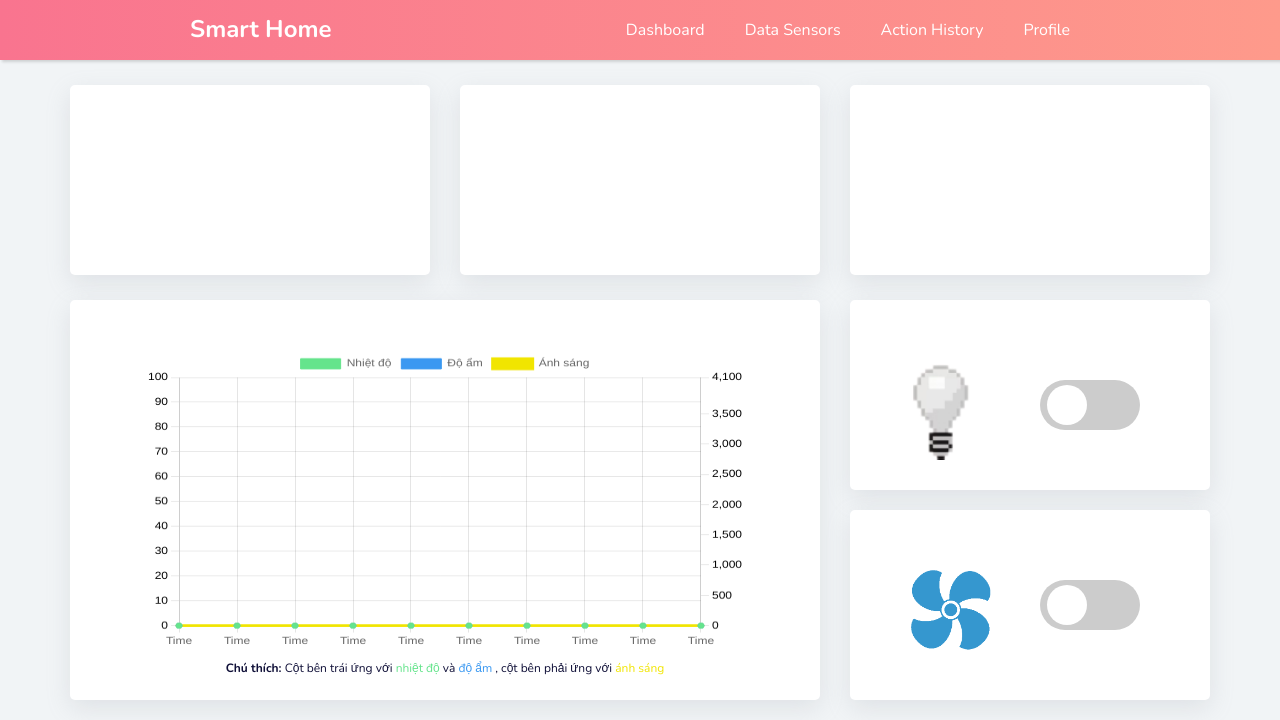
Repository: nhnhunnn/SmartHome
Page: index.html
These files come from the project's save history. The page is drawn as it stood at one moment and after the next save; the edit follows.
The browser window is 1280 px wide. The pictures show the whole page.
The page's requests for data from a server got no answer.

Above is the page before, as saved 2024-06-03 23:34:19.
Console error: TypeError: Cannot read properties of null (reading 'addEventListener')

### index.html
<!DOCTYPE html>
<html lang="en">

<head>
  <meta charset="UTF-8" />
  <meta name="viewport" content="width=device-width, initial-scale=1.0" />
  <title>Nguyễn Hồng Nhung - B20DCPT150</title>
  <link rel="stylesheet" href="https://cdnjs.cloudflare.com/ajax/libs/normalize/8.0.1/normalize.min.css"
    integrity="sha512-NhSC1YmyruXifcj/KFRWoC561YpHpc5Jtzgvbuzx5VozKpWvQ+4nXhPdFgmx8xqexRcpAglTj9sIBWINXa8x5w=="
    crossorigin="anonymous" referrerpolicy="no-referrer" />
  <link rel="stylesheet" href="./assets/css/base.css" />
  <link rel="stylesheet" href="./assets/css/style.css" />
  <link rel="stylesheet" href="https://cdnjs.cloudflare.com/ajax/libs/font-awesome/6.5.1/css/all.min.css"
    integrity="sha512-DTOQO9RWCH3ppGqcWaEA1BIZOC6xxalwEsw9c2QQeAIftl+Vegovlnee1c9QX4TctnWMn13TZye+giMm8e2LwA=="
    crossorigin="anonymous" referrerpolicy="no-referrer" />
</head>

<body>
  <div class="header">
    <div class="overview">
      <a href="" class="home">
        <h3>Smart Home</h3>
      </a>
    </div>
    <div class="menuList">
      <ul class="menuListItem">
        <li>
          <a id="dashboard" href="index.html">Dashboard</a>
        </li>
        <li>
          <a id="data" href="datasensors.html">Data Sensors</a>
        </li>
        <li>
          <a id="action" href="actionhistory.html">Action History</a>
        </li>
        <li>
          <a id="profile" href="profile.html">Profile</a>
        </li>
      </ul>
    </div>
  </div>
  <!-- Dashboard -->
  <div class="hidden tabContent" id="wrapper">
    <div class="envir">
      <div class="envirItem">
        <div class="envirTitle">
          <svg xmlns="http://www.w3.org/2000/svg" width="50" height="50" viewBox="0 0 24 24" fill="none" stroke="#FFFF"
            stroke-width="1.5" stroke-linecap="round" stroke-linejoin="round" class="lucide lucide-thermometer">
            <path d="M14 4v10.54a4 4 0 1 1-4 0V4a2 2 0 0 1 4 0Z" />
          </svg>
          <span>Nhiệt độ</span>
        </div>
        <p class="envirTemp">26°C</p>
      </div>
      <div class="envirItem1">
        <div class="envirTitle">
          <svg xmlns="http://www.w3.org/2000/svg" width="50" height="50" viewBox="0 0 24 24" fill="none"
            stroke="#ffffff" stroke-width="1.5" stroke-linecap="round" stroke-linejoin="round"
            class="lucide lucide-droplets">
            <path
              d="M7 16.3c2.2 0 4-1.83 4-4.05 0-1.16-.57-2.26-1.71-3.19S7.29 6.75 7 5.3c-.29 1.45-1.14 2.84-2.29 3.76S3 11.1 3 12.25c0 2.22 1.8 4.05 4 4.05z" />
            <path d="M12.56 6.6A10.97 10.97 0 0 0 14 3.02c.5 2.5 2 4.9 4 6.5s3 3.5 3 5.5a6.98 6.98 0 0 1-11.91 4.97" />
          </svg>
          <span>Độ ẩm</span>
        </div>
        <p class="envirHum">50%</p>
      </div>
      <div class="envirItem2">
        <div class="envirTitle">
          <svg xmlns="http://www.w3.org/2000/svg" width="50" height="50" viewBox="0 0 24 24" fill="none"
            stroke="#ffffff" stroke-width="1.5" stroke-linecap="round" stroke-linejoin="round"
            class="lucide lucide-sun">
            <circle cx="12" cy="12" r="4" />
            <path d="M12 2v2" />
            <path d="M12 20v2" />
            <path d="m4.93 4.93 1.41 1.41" />
            <path d="m17.66 17.66 1.41 1.41" />
            <path d="M2 12h2" />
            <path d="M20 12h2" />
            <path d="m6.34 17.66-1.41 1.41" />
            <path d="m19.07 4.93-1.41 1.41" />
          </svg>
          <span>Ánh sáng</span>
        </div>
        <p class="envirLux">120 lux</p>
      </div>
    </div>
    <div class="feature">
      <div class="chartFeature featureItem">
        <canvas id="myChart" style="width: 600px; height: 350px; margin: auto; padding-top: 50px"></canvas>
        <p>
          <b>Chú thích:</b> Cột bên trái ứng với
          <span style="color: #65e48c">nhiệt độ</span> và
          <span style="color: #3a98f1">độ ẩm</span> , cột bên phải ứng với
          <span style="color: #f1e500">ánh sáng</span>
        </p>
      </div>
      <div class="switchFeature">
        <div class="lightSwitch featureItem">
          <label>
            <div class="lamp" id="lamp"></div>
            <input type="checkbox" id="toggleSwitch" />
            <span></span>
          </label>
        </div>
        <div class="fanSwitch featureItem">
          <label>
            <div class="fan" id="fan"></div>
            <input type="checkbox" id="toggleSwitchFan" />
            <span></span>
          </label>
        </div>
      </div>
    </div>
  </div>

  <script src="https://cdn.jsdelivr.net/npm/chart.js"></script>
  <script src="./assets/script.js"></script>
  <script src="./assets/datasensors.js"></script>
  <script src="./assets/actionhistory.js"></script>
</body>

</html>

### assets/css/base.css
@import url('https://fonts.googleapis.com/css2?family=Nunito:wght@200;300;400;500;600;700;800;900;1000&display=swap');
:root{
    --bgr-color: #F1F4F6;
    --font: 'Nunito', sans-serif;
    --text-color: #101038;
}
body{
    box-sizing: border-box;
    font-family: var(--font);
    background-color: var(--bgr-color);
    color: var(--text-color);
}
.hidden{
    max-width: 1140px;
    margin: auto;
}
a{
    text-decoration: none;
}

### assets/script.js
// bieu do
let data = {
  labels: Array(10).fill('Time'),
  datasets: [{
    label: 'Nhiệt độ',
    data: Array(10).fill(0),
    borderColor: '#65e48c',
    backgroundColor: '#65e48c',
    yAxisID: 'y',
    xAxisID: 'x'
  }, {
    label: 'Độ ẩm',
    data: Array(10).fill(0),
    borderColor: '#3a98f1',
    backgroundColor: '#3a98f1',
    yAxisID: 'y',
    xAxisID: 'x'
  }, {
    label: 'Ánh sáng',
    data: Array(10).fill(0),
    borderColor: '#f1e500',
    backgroundColor: '#f1e500',
    yAxisID: 'y2',
    xAxisID: 'x',
    type: 'line'
  }]
};

const config = {
  type: 'scatter',
  data: data,
  options: {
    responsive: true,
    plugins: {
      legend: {
        position: 'top',
      },
      // title: {
      //   display: true,
      //   text: 'Chart.js Scatter Multi Axis Chart'
      // }
    },
    scales: {
      x: {
        type: 'category',
        position: 'bottom',
      },
      y: {
        type: 'linear',
        position: 'left',
        max: 100,
        ticks: {
          color: 'black'
        }
      },
      y2: {
        type: 'linear',
        position: 'right',
        max: 4100,
        ticks: {
          color: 'black'
        },
        grid: {
          drawOnChartArea: false
        }
      }
    }
  },
};

const ctx = document.getElementById('myChart').getContext('2d');
let myChart = new Chart(ctx, config);

async function fetchSensorData() {
    const response = await fetch('http://localhost:5003/getNewData');
    if (!response.ok) {
        console.error('Error', response.statusText);
        return;
    }

    const getdata = await response.json();
    let lastData = getdata.data;

    document.querySelector('.envirTemp').innerText = lastData.temp + '';
    document.querySelector('.envirHum').innerText = lastData.hum + '';
    document.querySelector('.envirLux').innerText = lastData.light + '';
                                                          // -> light if api of Nhung
    // temperature
    var envirItem = document.querySelector('.envirItem');
    var envirTemp = document.querySelector('.envirTemp');
    var temperature = parseInt(envirTemp.innerHTML);
    changeBackgroundColorTemp(temperature);
    // Hàm để đổi màu nền dựa trên nhiệt độ
    function changeBackgroundColorTemp(temp) {
        var gradientColor;
        if (temp < 15) {
            gradientColor = 'linear-gradient(45deg, #f9a7a9, #ff7878)';
        } else if (temp >= 15 && temp < 25) {
            gradientColor = 'linear-gradient(45deg, #ff7878, #f2302f)';
        } else {
            gradientColor = 'linear-gradient(45deg, #f2302f, #a50405)';
        }
        envirItem.style.background = gradientColor;
    };

    // humidity
    var envirItem1 = document.querySelector('.envirItem1');
    var envirHum = document.querySelector('.envirHum');
    var humidity = parseInt(envirHum.innerHTML);
    changeBackgroundColorHum(humidity);
    // Hàm để đổi màu nền dựa trên độ ẩmøø
    function changeBackgroundColorHum(hum) {
        var gradientColor;
        if (hum < 40) {
            gradientColor = 'linear-gradient(45deg,  #7ce8ff, #55d0ff)';
        } else if (hum >= 40 && hum <= 70) {
            gradientColor = 'linear-gradient(45deg,  #55d0ff,#0058b3)';
        } else {
            gradientColor = 'linear-gradient(45deg, #00acdf,#003366)';
        }
        envirItem1.style.background = gradientColor;
    };

    // light
    var envirItem2 = document.querySelector('.envirItem2');
    var envirLux = document.querySelector('.envirLux');
    var light = parseInt(envirLux.innerHTML);

    changeBackgroundColorLight(light);
    // Hàm để đổi màu nền dựa trên nhiệt độ
    function changeBackgroundColorLight(lg) {
        var gradientColor;
        if (lg < 50) {
            gradientColor = 'linear-gradient(-30deg, #535200, #8D8C00)'; // Màu xanh dương
        } else if (lg >= 50 && lg <= 700) {
            gradientColor = 'linear-gradient(-30deg, #FFD400, #EDEA00)'; // Màu xanh da trời nhạt
        } else {
            gradientColor = 'linear-gradient(-30deg, #EDEA00, #F6FA67)'; // Màu đỏ
        }
        envirItem2.style.background = gradientColor;
    };


    data.datasets[0].data.shift();
    data.datasets[0].data.push(lastData.temp);

    data.datasets[1].data.shift();
    data.datasets[1].data.push(lastData.hum);

    data.datasets[2].data.shift();
    data.datasets[2].data.push(lastData.light);

    // data.labels.shift();
    // data.labels.push(lastData.dateCreated);

    myChart.update();

};

document.addEventListener('DOMContentLoaded', (event) => {
    setInterval(fetchSensorData, 5000);
    fetchSensorData();
});

// Bat tat den
document.addEventListener('DOMContentLoaded', function () {
  const toggleSwitch = document.getElementById('toggleSwitch');
  const lamp = document.getElementById('lamp');

  toggleSwitch.addEventListener('change', function () {
      const isOn = toggleSwitch.checked;
      fetch('http://localhost:5003/action', {
          method: 'POST',
          headers: {
              'Content-Type': 'application/json',
          },
          body: JSON.stringify({ "device": "led", "action": isOn ? true : false }),
      })
      .then(response => response.json())
      .then(data => {
          if (data.status === 1) {
              lamp.style.backgroundImage = "url('assets/images/lightOn.png')";
          } else {
              lamp.style.backgroundImage = "url('assets/images/lightOff.png')";
          }
      })
      .catch(error => {
          console.error('Error:', error);
          toggleSwitch.checked = !isOn;
      });
  });
});


// Bat tat quat
document.addEventListener('DOMContentLoaded', function () {
    const toggleSwitch = document.getElementById('toggleSwitchFan');
    const fan = document.getElementById('fan');

    toggleSwitch.addEventListener('change', function () {
        if (toggleSwitch.checked) {
            fan.style.backgroundImage = "url('assets/images/fanOn.gif')";
        } else {
            fan.style.backgroundImage = "url('assets/images/fanOff.gif')";
        }
    });
});
document.addEventListener('DOMContentLoaded', function () {
  const toggleSwitch = document.getElementById('toggleSwitchFan');
  const fan = document.getElementById('fan');

  toggleSwitch.addEventListener('change', function () {
      const isOn = toggleSwitch.checked;
      fetch('http://localhost:5003/action', {
          method: 'POST',
          headers: {
              'Content-Type': 'application/json',
          },
          body: JSON.stringify({ "device": "fan", "action": isOn ? true : false }),
      })
      .then(response => response.json())
      .then(data => {
          if (data.status === 1) {
              lamp.style.backgroundImage = "url('assets/images/fanOn.gif')";
          } else {
              lamp.style.backgroundImage = "url('assets/images/fanOff.gif')";
          }
      })
      .catch(error => {
          console.error('Error:', error);
          toggleSwitch.checked = !isOn;
      });
  });
});

Loaded but not shown: assets/datasensors.js (168 lines, source omitted); assets/actionhistory.js (152 lines, source omitted); assets/css/style.css (499 lines, source omitted)

After the next save:
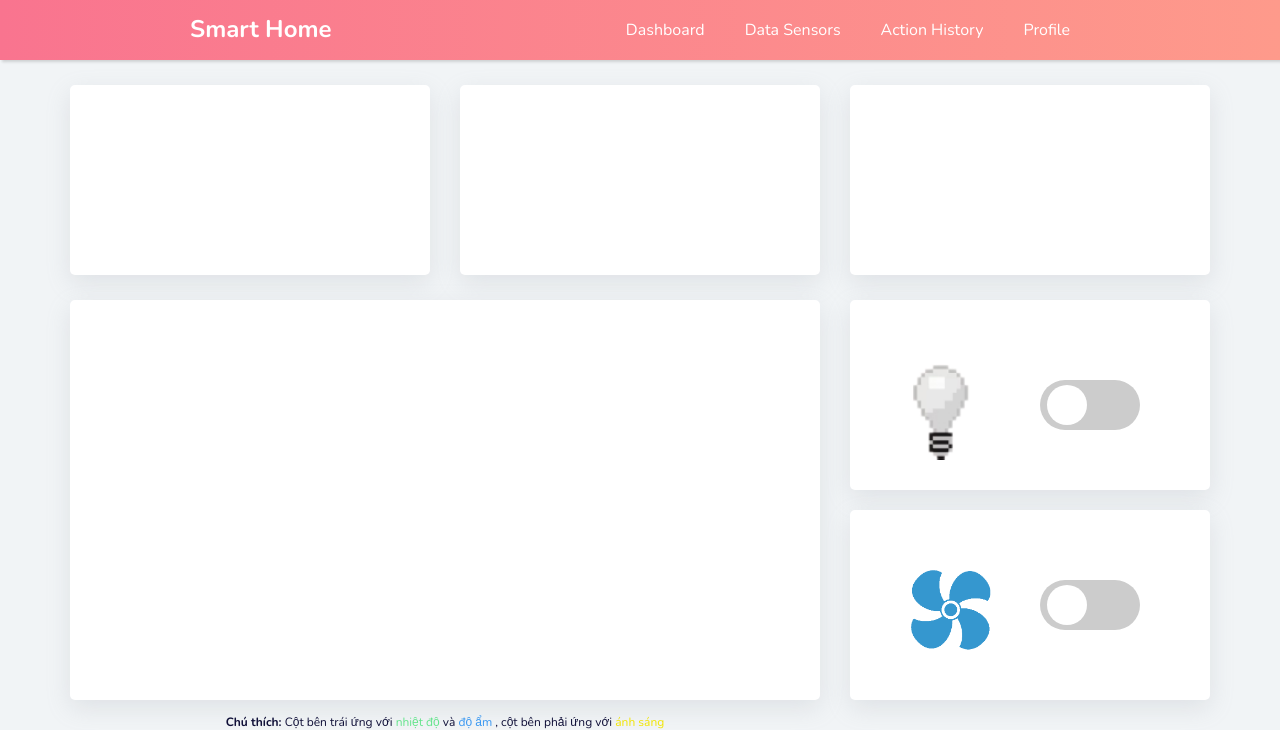
Console error: SyntaxError: Unexpected end of input
Saved 26 s later.
--- a/assets/script.js
+++ b/assets/script.js
@@ -194,17 +194,7 @@
 
 // Bat tat quat
 document.addEventListener('DOMContentLoaded', function () {
-    const toggleSwitch = document.getElementById('toggleSwitchFan');
-    const fan = document.getElementById('fan');
-
-    toggleSwitch.addEventListener('change', function () {
-        if (toggleSwitch.checked) {
-            fan.style.backgroundImage = "url('assets/images/fanOn.gif')";
-        } else {
-            fan.style.backgroundImage = "url('assets/images/fanOff.gif')";
-        }
-    });
-});
+
 document.addEventListener('DOMContentLoaded', function () {
   const toggleSwitch = document.getElementById('toggleSwitchFan');
   const fan = document.getElementById('fan');

After the 2 saves that followed:
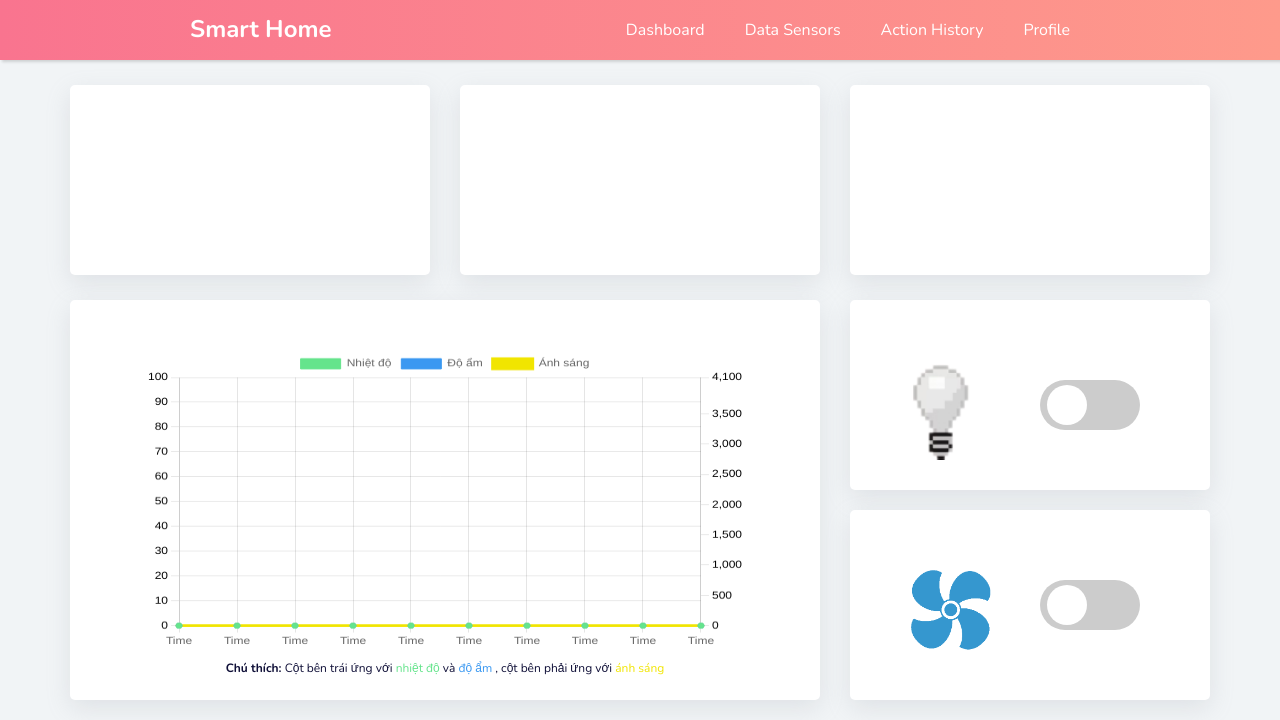
Console error: TypeError: Cannot read properties of null (reading 'addEventListener')
The 2 saves are shown as one change because they came seconds apart.
The last was saved 6 s later.
--- a/assets/script.js
+++ b/assets/script.js
@@ -191,10 +191,7 @@
   });
 });
 
-
 // Bat tat quat
-document.addEventListener('DOMContentLoaded', function () {
-
 document.addEventListener('DOMContentLoaded', function () {
   const toggleSwitch = document.getElementById('toggleSwitchFan');
   const fan = document.getElementById('fan');
